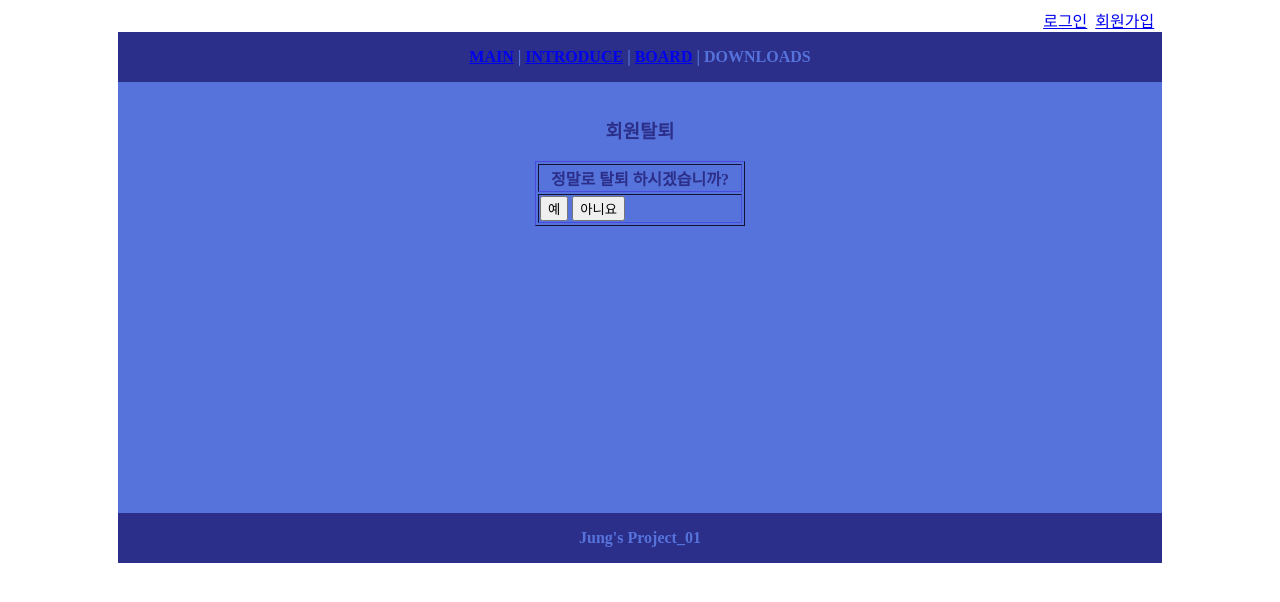
Repository: asas6306/Jungs_
Page: http://localhost/Board-Project1/WEB-INF/JSP/resignCheck.jsp
These files come from the project's save history. The page is drawn as it stood at one moment and after the next save; the edit follows.
The browser window is 1280 px wide. The pictures show the whole page.
The page is served by Tomcat 9. Nobody is signed in. The template is opened directly, without the code that normally fills it, so the values that code supplies are empty.

Above is the page before, as saved 2021-01-27 07:38:47.

After the next save:
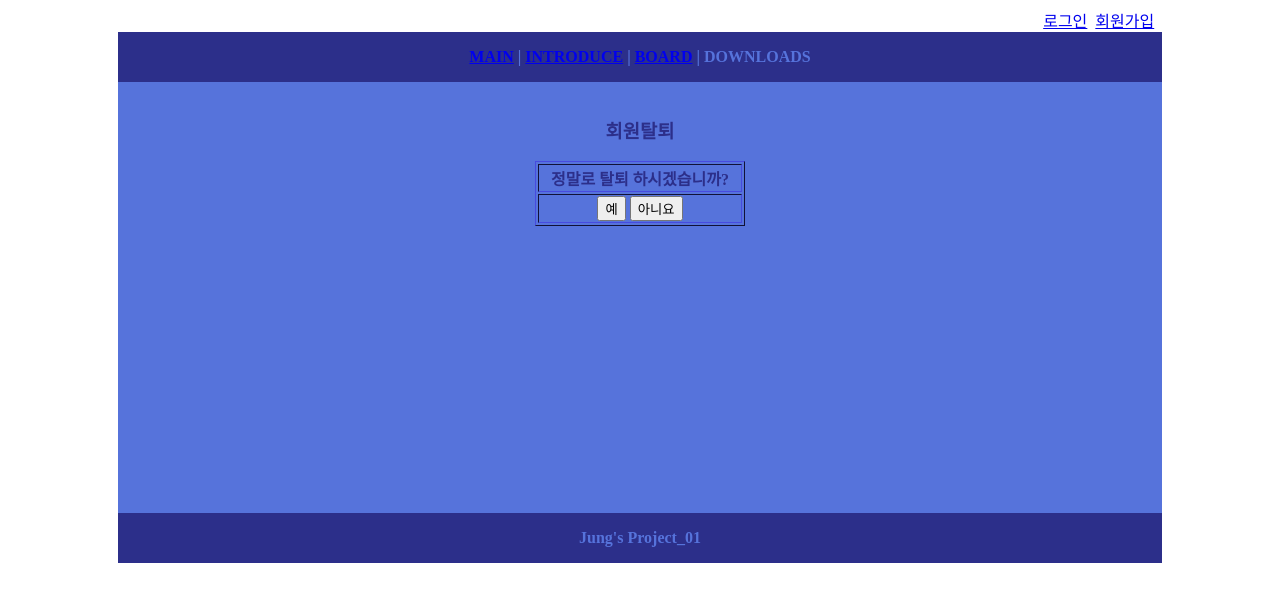
Saved 5 s later.
--- a/Board-Project1/WebContent/WEB-INF/JSP/resignCheck.jsp
+++ b/Board-Project1/WebContent/WEB-INF/JSP/resignCheck.jsp
@@ -10,7 +10,7 @@
 		<th>정말로 탈퇴 하시겠습니까?</th>
 	</tr>
 	<tr>
-		<td width="200px">
+		<td width="200px" align="center">
 			<input type="button" value="예">
 			<input type="button" value="아니요">
 		</td>
